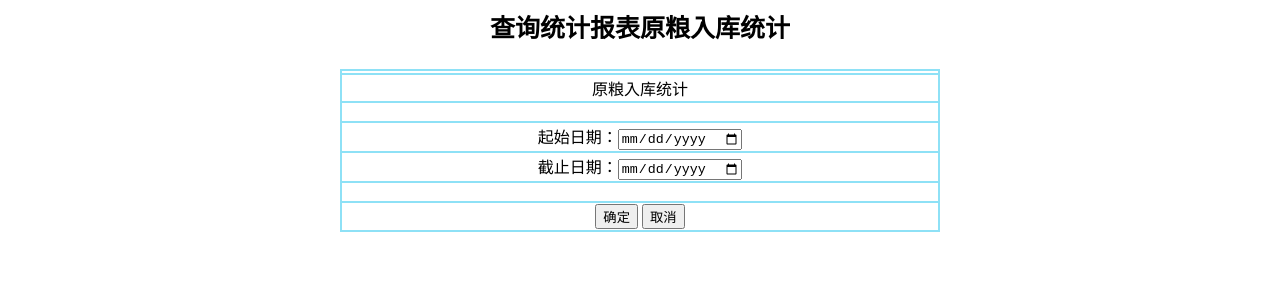
Repository: yuxingyan/OneCrewFlour
Page: http://localhost/Flour/inquireinstore.jsp
An editor plug-in stored every save of this project. The page is shown before and after the next save, followed by the edit.
The browser window is 1280 px wide. The pictures show the whole page.
The page is served by Tomcat 9. Nobody is signed in. The application's start-up code is not run. Other server files are loaded and not shown.

Above is the page before, as saved 2018-01-11 07:09:34.

### Flour/WebRoot/inquireinstore.jsp
<%@ page language="java" import="java.util.*" pageEncoding="utf-8"%>
<%
String path = request.getContextPath();
String basePath = request.getScheme()+"://"+request.getServerName()+":"+request.getServerPort()+path+"/";
%>

<!DOCTYPE HTML PUBLIC "-//W3C//DTD HTML 4.01 Transitional//EN">
<html>
  <head>
    <base href="<%=basePath%>">

    <title>My JSP 'inquireinstore.jsp' starting page</title>

	<meta http-equiv="pragma" content="no-cache">
	<meta http-equiv="cache-control" content="no-cache">
	<meta http-equiv="expires" content="0">
	<meta http-equiv="keywords" content="keyword1,keyword2,keyword3">
	<meta http-equiv="description" content="This is my page">
	<!--
	<link rel="stylesheet" type="text/css" href="styles.css">
	-->
	<script language="javascript" type="text/javascript">
 function Check(){

   var n1=document.getElementById("date1").value;
   var n2=document.getElementById("date2").value;

      var erroring="";

      if(n1==""||n1==null){
        erroring+="请输入起始日期!"+'\n';
  }
 if(n2==""||n2==null){
     erroring+="请输入截止日期!"+'\n';
  }

  if(erroring.length!=0){
  alert(erroring);
  return false;


  }else{

     document.form1.submit();

  }
}
</script>
  </head>

  <body>
  <center>
     <form name="form1" id="form1" action="inquireinstore" method="post">
   <strong style="font-size:25px">查询统计报表</b>原粮入库统计</p>
     <table border="1" width="600" cellspacing="0" bordercolor="#8EE1F6">
    <tr><td colspan="10" ></td></tr>
    <tr height="20px"><td align="center" colspan="4" >原粮入库统计</td></tr>
    <tr height="20px"><td align="center" colspan="4" ></td></tr>
    <tr height="20px"><td align="center" colspan="4" >起始日期：<input type="date" name="startdate" id="date1"/></td>
    </tr>
    <tr height="20px"><td align="center" colspan="4" >截止日期：<input type="date"name="enddate"id="date2" /></td>
    </tr>
    <tr height="20px"><td align="center" colspan="4" ></td></tr>
    <tr><td align="center" colspan="10" >
      <input type="button" value="确定" onclick="Check();">
      <button type="button">取消</button>
    </td>
    </tr>
    </table>
    </form>
    </center>
  </body>
</html>

After the next save:
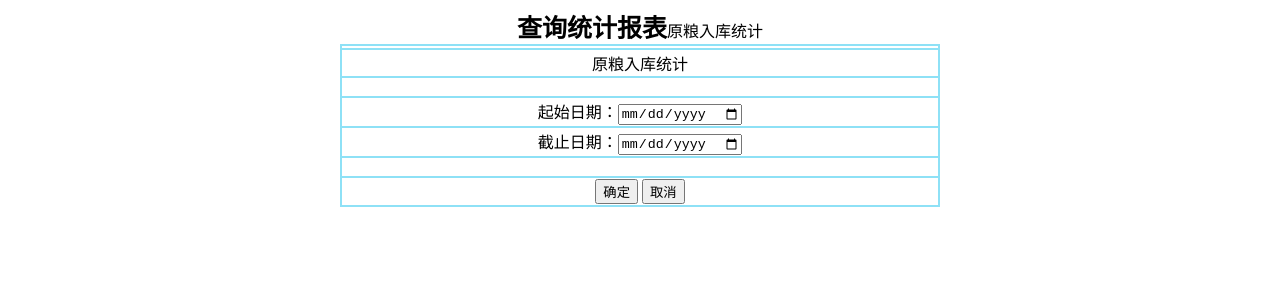
Saved 17 s later.
--- a/Flour/WebRoot/inquireinstore.jsp
+++ b/Flour/WebRoot/inquireinstore.jsp
@@ -51,7 +51,7 @@ String basePath = request.getScheme()+"://"+request.getServerName()+":"+request.
   <body>
   <center>
      <form name="form1" id="form1" action="inquireinstore" method="post">
-   <strong style="font-size:25px">查询统计报表</b>原粮入库统计</p>
+     <strong style="font-size:25px">查询统计报表</strong>原粮入库统计
      <table border="1" width="600" cellspacing="0" bordercolor="#8EE1F6">
     <tr><td colspan="10" ></td></tr>
     <tr height="20px"><td align="center" colspan="4" >原粮入库统计</td></tr>
